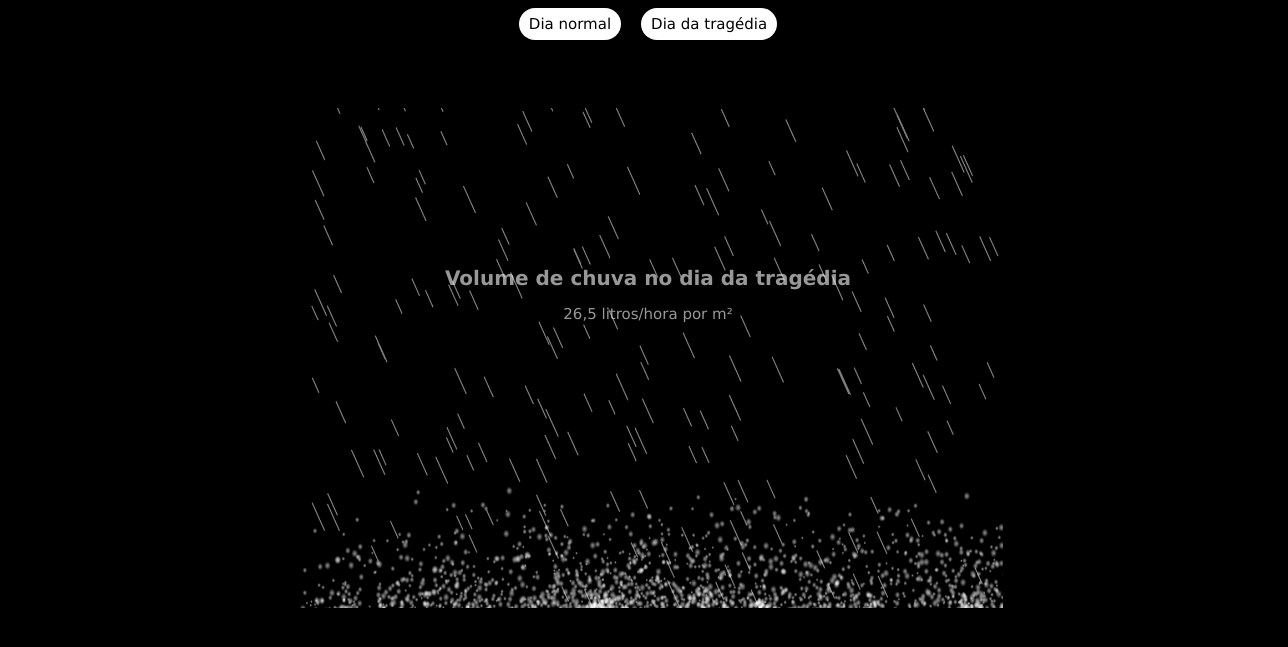
Repository: lucasthaynan/chuvas-estadao
Page: index.html
The author's editor kept a copy of each file at every save. The page is drawn from the files as they stood at one save, then again after the next save.
The browser window is 1280 px wide. The page is 1288 px wide, so the pictures cover 1288 px, including what lies to the right of the window. The pictures show the whole page.

Above is the page before, as saved 2023-02-24 10:56:28.
Console error: ReferenceError: dat is not defined

After the next save:
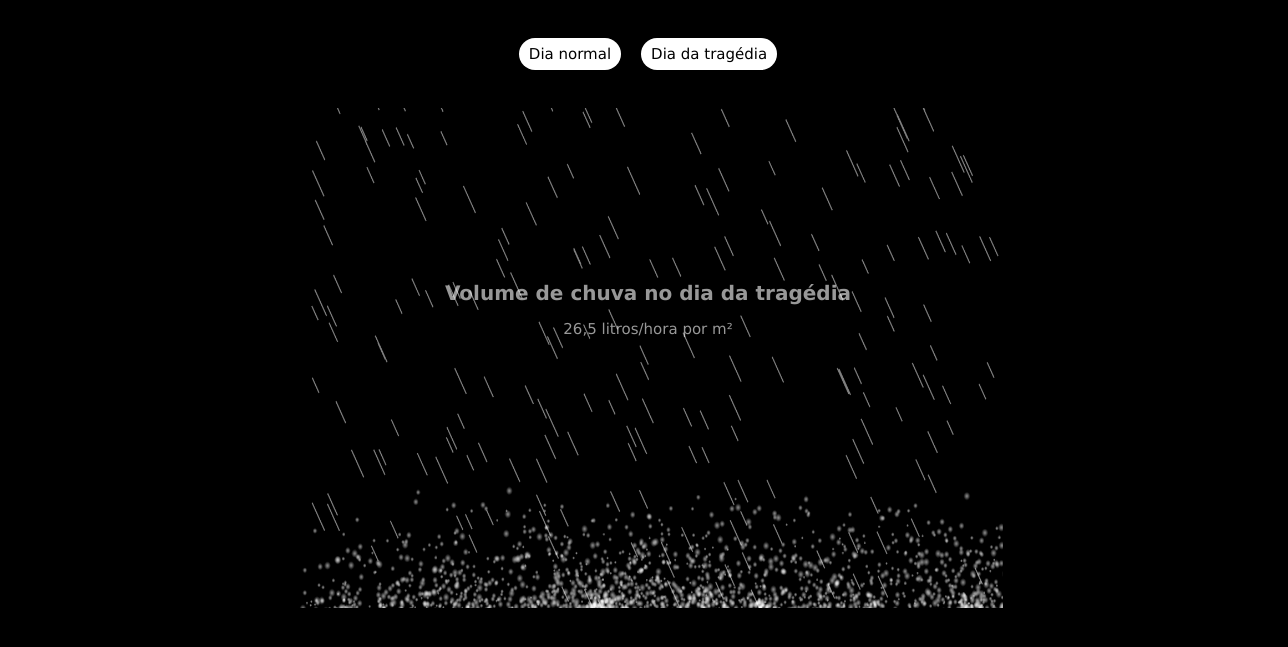
Saved 67 s later.
--- a/style.css
+++ b/style.css
@@ -91,6 +91,7 @@ div.btns {
     justify-content: center;
     gap: 20px;
     padding-bottom: 40px;
+    padding-top: 30px;
 }
 
 div.btns > div {
